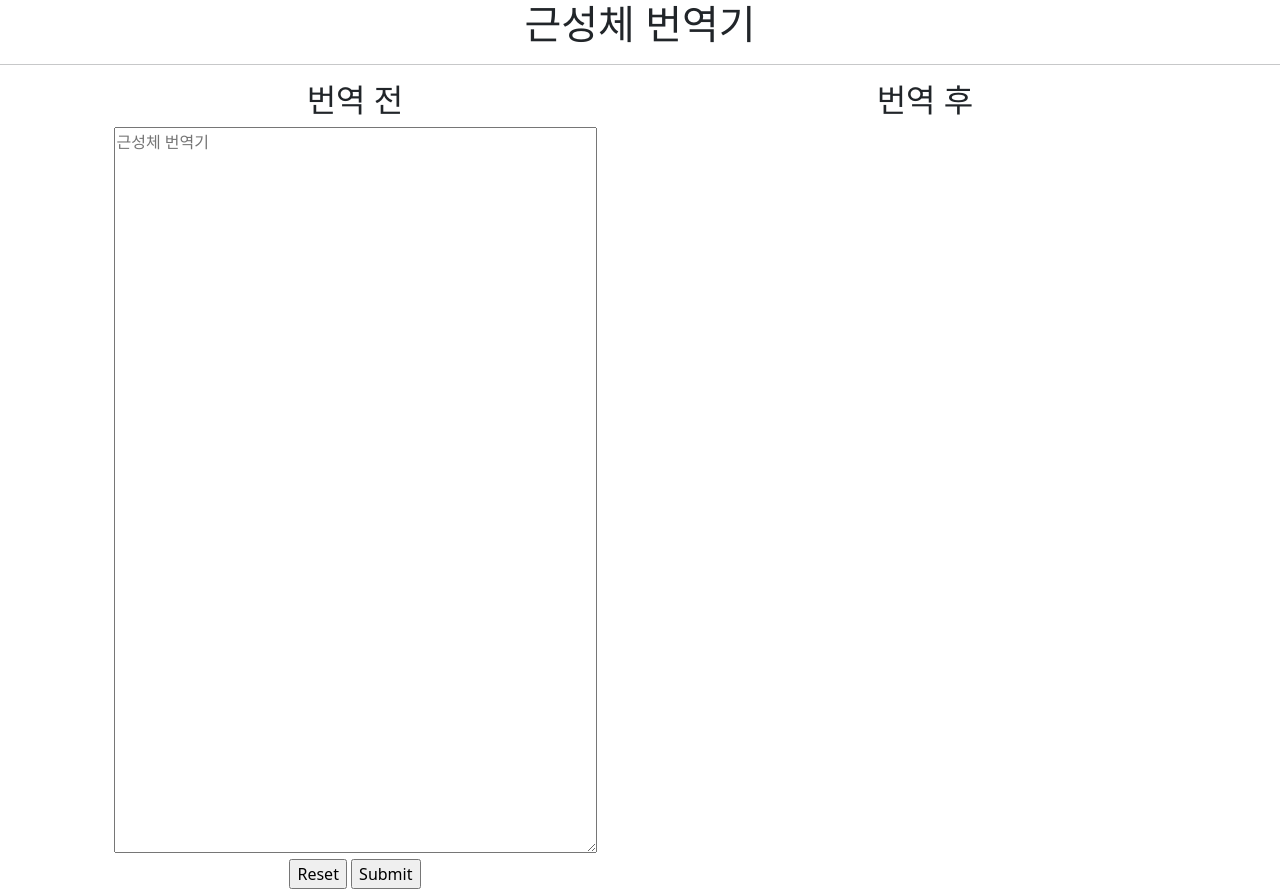
Repository: mickey530/jsp_practice
Page: http://localhost/JSPBasic/sungmo_send.jsp
The author's editor kept a copy of each file at every save. The page is drawn from the files as they stood at one save, then again after the next save.
The browser window is 1280 px wide. The pictures show the whole page.
The page is served by Tomcat 9.

Above is the page before, as saved 2022-02-03 12:01:28.

### JSPBasic/src/main/webapp/sungmo_send.jsp
<%@ page language="java" contentType="text/html; charset=UTF-8"
    pageEncoding="UTF-8"%>
<!DOCTYPE html>
<html>
<head>
<meta charset="UTF-8">
<!-- 부트스트랩 링크 -->
<link href="https://cdn.jsdelivr.net/npm/bootstrap@5.1.3/dist/css/bootstrap.min.css" rel="stylesheet" integrity="sha384-1BmE4kWBq78iYhFldvKuhfTAU6auU8tT94WrHftjDbrCEXSU1oBoqyl2QvZ6jIW3" crossorigin="anonymous">
<style>
	h1, h2 {text-align:center;}
</style>
<title>근성체 번역기</title>
</head>
<body>
<header>

	<h1>근성체 번역기</h1>

</header>

<hr/>

<div class="container">

	<div class="row">

		<div class="col">
			<h2>번역 전</h2>
			<form action="sungmo_getpost.jsp" method="get" style="text-align:center">
				<textarea name="text" placeholder="근성체 번역기" rows="30" cols="50"></textarea><br/>
				<input type="reset" />
				<input type="submit" />
			</form>
		</div>

		<div class="col">
			<h2>번역 후</h2>
		</div>

	</div>

</div>

</body>
</html>

After the next save:
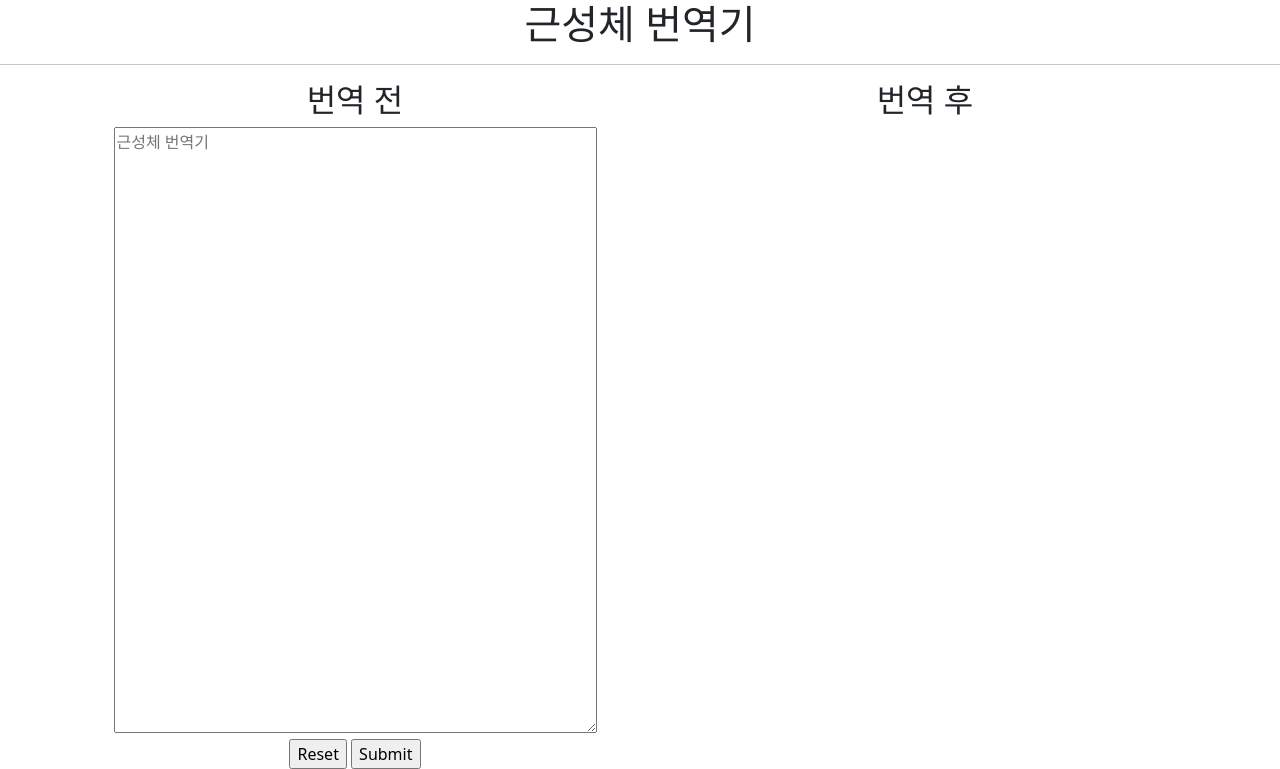
Saved 9 s later.
--- a/JSPBasic/src/main/webapp/sungmo_send.jsp
+++ b/JSPBasic/src/main/webapp/sungmo_send.jsp
@@ -27,7 +27,7 @@
 		<div class="col">
 			<h2>번역 전</h2>
 			<form action="sungmo_getpost.jsp" method="get" style="text-align:center">
-				<textarea name="text" placeholder="근성체 번역기" rows="30" cols="50"></textarea><br/>
+				<textarea name="text" placeholder="근성체 번역기" rows="25" cols="50"></textarea><br/>
 				<input type="reset" />
 				<input type="submit" />
 			</form>
